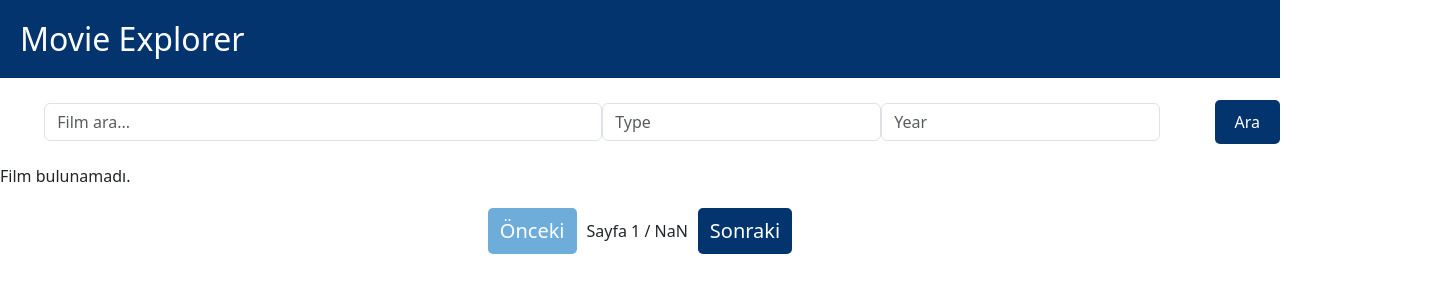
Repository: denizdizi/movie-explorer
Page: /
An editor plug-in stored every save of this project. The page is shown before and after the next save, followed by the edit.
The browser window is 1280 px wide. The page is 1280 px wide, then 1439 px, so the pictures cover 1439 px, including what lies to the right of the window. The pictures show the whole page.
The page's requests for data from a server got no answer. The project was rebuilt for these pictures with package versions that can differ from the ones it lists, and the page was loaded fresh each time. No one was signed in, and anything a server would have sent is missing. Also part of the build but not shown: src/App.css, src/components/MovieCard.js.

Above is the page before, as saved 2025-03-28 22:39:56.

After the next save:
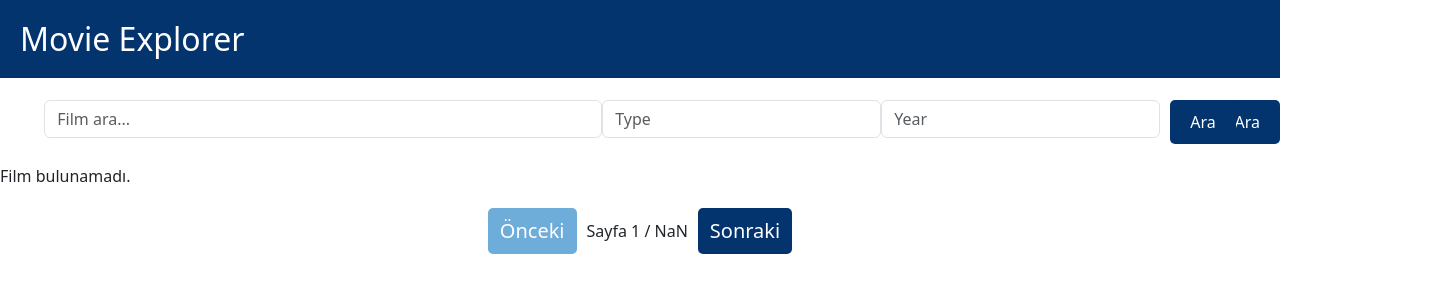
Saved 33 s later.
--- a/src/components/SearchBar.js
+++ b/src/components/SearchBar.js
@@ -24,6 +24,10 @@ const SearchBar = () => {
     <div className="col-lg-3">
       <input type="text" className="form-control" placeholder="Year" />
     </div>
+    <div className="col-lg-3">
+    <button type="submit" className="search-btn">
+        Ara
+      </button>    </div>
 </div>
       <button type="submit" className="search-btn">
         Ara
